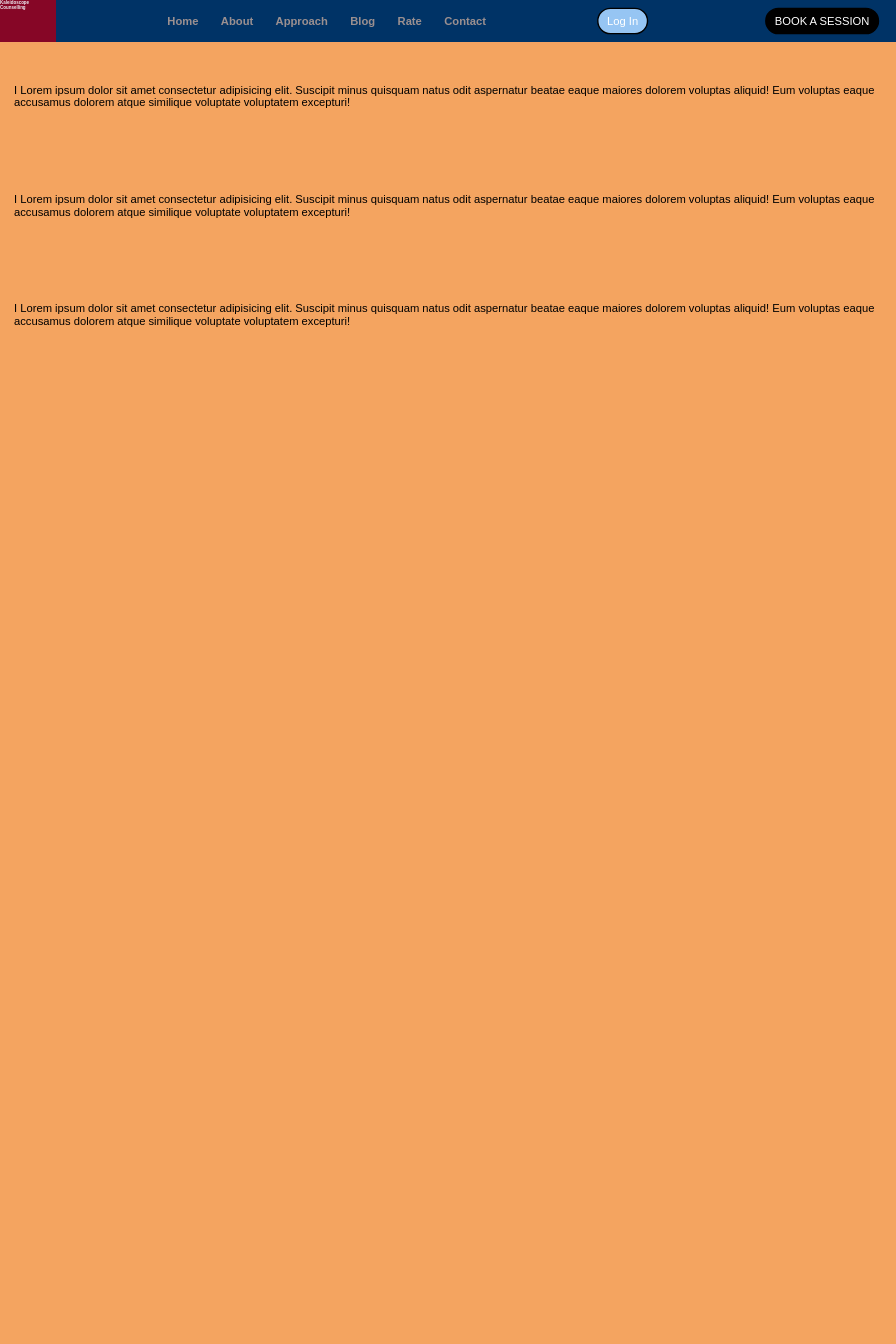
Repository: voutadi/Project1
Page: index.html
The author's editor kept a copy of each file at every save. The page is drawn from the files as they stood at one save, then again after a run of saves.
The browser window is 1280 px wide. The pictures show the part of the page from y = 0 to 1920 px (the page is 3120 px tall), at 70% of full size.

Above is the page before, as saved 2024-11-24 21:18:56.

### index.html
<!DOCTYPE html>
<html lang="en">
  <head>
    <meta charset="UTF-8" />
    <meta name="viewport" content="width=device-width, initial-scale=1.0" />
    <link rel="stylesheet" href="styles/style.css" />

    <title>Kaleidoscope Counselling</title>
  </head>
  <body>
    <header class="flex">
      <div class="logo-container">
        <div class="logo">
          Kaleidoscope <br />
          Counselling
        </div>
      </div>
      <nav class="navbar">
        <ul>
          <li><a href="#home">Home</a></li>
          <li>
            <a
              href="https://www.psychologytoday.com/ca/therapists/ava-outadi-port-moody-bc/1111563"
              target="_blank"
              >About</a
            >
          </li>
          <li><a href="#approach">Approach</a></li>
          <li><a href="#blog">Blog</a></li>
          <li><a href="#rate">Rate</a></li>
          <li><a href="#contact">Contact</a></li>
        </ul>
      </nav>
      <button class="login">
        Log In
      </button>

      <button>BOOK A SESSION</button>
    </header>

    <p>
      I Lorem ipsum dolor sit amet consectetur adipisicing elit. Suscipit minus
      quisquam natus odit aspernatur beatae eaque maiores dolorem voluptas
      aliquid! Eum voluptas eaque accusamus dolorem atque similique voluptate
      voluptatem excepturi!
    </p>
    <p>
      I Lorem ipsum dolor sit amet consectetur adipisicing elit. Suscipit minus
      quisquam natus odit aspernatur beatae eaque maiores dolorem voluptas
      aliquid! Eum voluptas eaque accusamus dolorem atque similique voluptate
      voluptatem excepturi!
    </p>
    <p>
      I Lorem ipsum dolor sit amet consectetur adipisicing elit. Suscipit minus
      quisquam natus odit aspernatur beatae eaque maiores dolorem voluptas
      aliquid! Eum voluptas eaque accusamus dolorem atque similique voluptate
      voluptatem excepturi!
    </p>
  </body>
</html>

### styles/style.css
* {
  margin: 0;
  padding: 0;
  box-sizing: border-box;
}
body {
  background-color: rgb(244,164,96);
  height: 3000px;
  font-family: Arial, Helvetica, sans-serif;
  font-size: 1rem;
}
header {
  max-width: 100%; /*Make sure Take all of her parent element(body)on all different devices .*/
  height: 60px;
;
  position: fixed;
  top: 0;
  left: 0;
  right: 0;
  background-color: #003366;
  display: flex;
  justify-content: space-between;
  align-items: center;

  box-shadow: 0 2px 4px rgba(243, 172, 172, 0.15); /* Adds a subtle shadow for depth, optional */
}
.logo-container {
  width: 80px;; /* Put condition for smaller or biger divice*/
  background-color: rgb(134, 6, 38);
  height: 60px;
}
.logo {
  color: rgb(239, 236, 243);
  font-size: 0.4rem;
  font-weight: bold;
}

.navbar ul {
  display: flex;
  flex: 1;
  justify-content: center;
  list-style-type: none;
  flex-wrap: wrap;
}
.navbar li {
  margin: 1rem;
}
.navbar a {
  font-size: 1rem;
  color: rgb(155, 144, 144);
  font-weight: 700;

  text-decoration: none;
}
.navbar a:hover {
  background-color: rgb(184, 175, 175);
  padding: 5px 10px;
  border-radius: 16px;
  transition: 0.15s;
}

.navbar a:active {
  background-color: rgb(166, 162, 162);
  padding: 10px 10px;
  border-radius: 16px;
  transition: 0.15s;

}

.login{
  background-color: #96c5f3;

}
button {
  background-color: black;
  color: white;

  font-size: 1rem;
  padding: 8px 12px;
  margin-right: 1.5rem;
  border-width: 2px;
  border-style: solid;
  border-radius: 20px;
  cursor: pointer;
}
button:hover {
  background-color: white;
  color: black;
  transition: 0.15s;
  padding: 12px 18px;
}
button:active {
  padding: 18px 24px;
}
p {
  margin-top: 120px;
  margin-left: 20px;
}
@media (max-width: 380px) {
  body {
    font-size: 0.4rem;/* Smaller font size */

  }
  button {
    font-size: 0.4rem;
    padding: 2px;
    margin-right: 0.4rem;
    border-radius: 8px;
  }
  button:hover {
    font-size: 0.4rem;
    padding: 2px;
  }
  button:active {
    padding: 3px;
  }
  .navbar li {
    margin: 0.2rem;
  }
  .navbar a {
    font-size: 0.5rem;
    margin: 0.2rem ;
  }
}


@media (max-width: 600px) {
  body {
    font-size: 0.5rem;
  } /* Smaller font size */
  button {
    font-size: 0.5rem;
    padding: 2px 4px;
    margin-right: 0.5rem;
    border-radius: 10px;
  }
  button:hover {
    font-size: 0.5rem;
    padding: 2px;
  }
  button:active {
    padding: 3px;
  }
  .navbar li {
    margin: 0.3rem;
  }
  .navbar a {
    font-size: 0.6rem;
  }
}
@media (min-width: 601px) and (max-width: 900px) {
  body {
    font-size: 0.75rem;
  } /* Smaller font size */
  button {
    font-size: 0.75rem;
    padding: 2px 4px;
    margin-right: 0.75rem;
    border-radius: 10px;
  }
  button:hover {
    font-size: 0.75rem;
    padding: 2px;
  }
  button:active {
    padding: 3px;
  }
  .navbar li {
    margin: 0.5rem;
  }
  .navbar a {
    font-size: 0.8rem;
  }
}

After the next 3 saves:
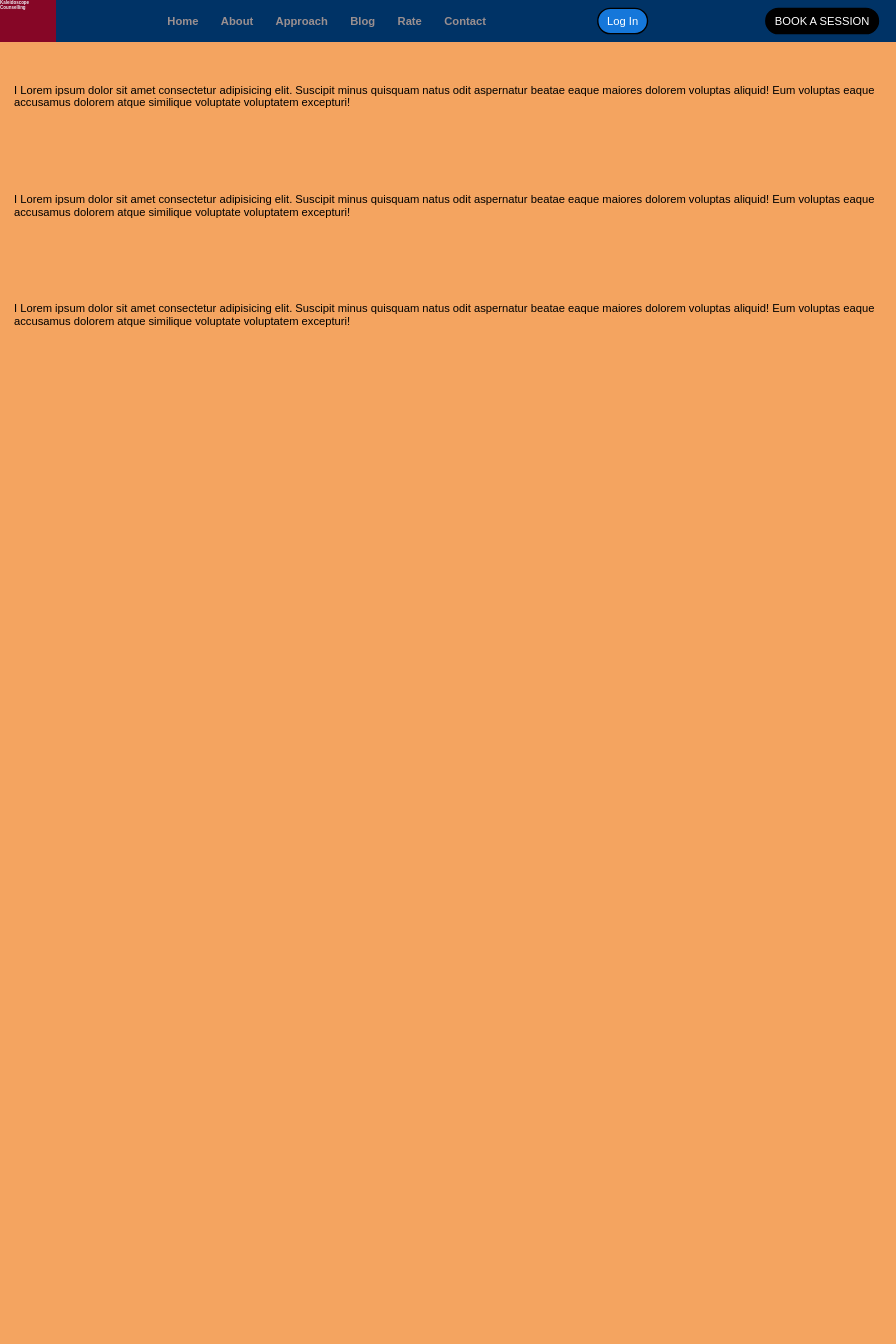
The 3 saves are shown as one change because they came seconds apart.
The last was saved 12 s later.
--- a/styles/style.css
+++ b/styles/style.css
@@ -68,7 +68,7 @@ header {
 }
 
 .login{
-  background-color: #96c5f3;
+  background-color: #1577da;
 
 }
 button {
